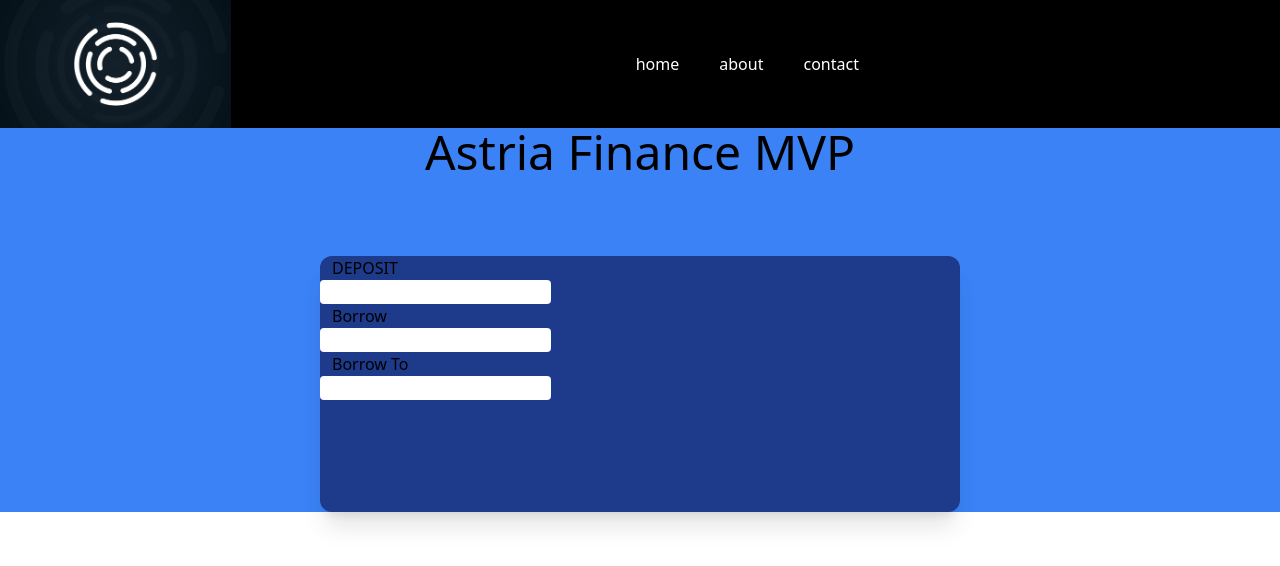
Repository: AstriaFinance/AstriaMvp
Page: /
These files come from the project's save history. The page is drawn as it stood at one moment and after the next save; the edit follows.
The browser window is 1280 px wide. The pictures show the whole page.
The project was rebuilt for these pictures with package versions that can differ from the ones it lists, and the page was loaded fresh each time. Also part of the build but not shown: src/components/About.jsx, src/components/Shop.jsx, src/components/ErrorPage.jsx.

Above is the page before, as saved 2022-06-21 15:42:52.

After the next save:
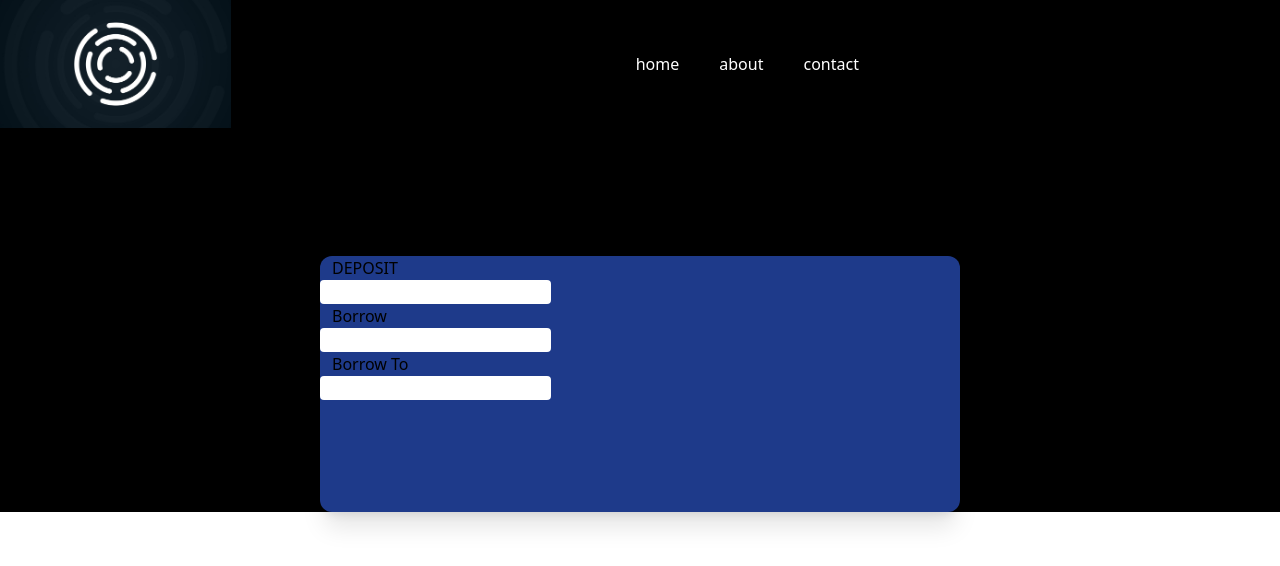
Saved 27 s later.
--- a/src/components/Home.jsx
+++ b/src/components/Home.jsx
@@ -2,7 +2,7 @@ import React from 'react'
 
 const Home = () => {
   return (
-    <div className='bg-blue-500'>
+    <div className='bg-black'>
         <h1 className='text-5xl flex items-center justify-center'>Astria Finance MVP</h1>
     <div className=' items-center justify-center h-64 w-1/2 rounded-xl mx-80 bg-blue-900 mt-20 shadow-xl'>
         <div className='mx-3'>DEPOSIT</div>
